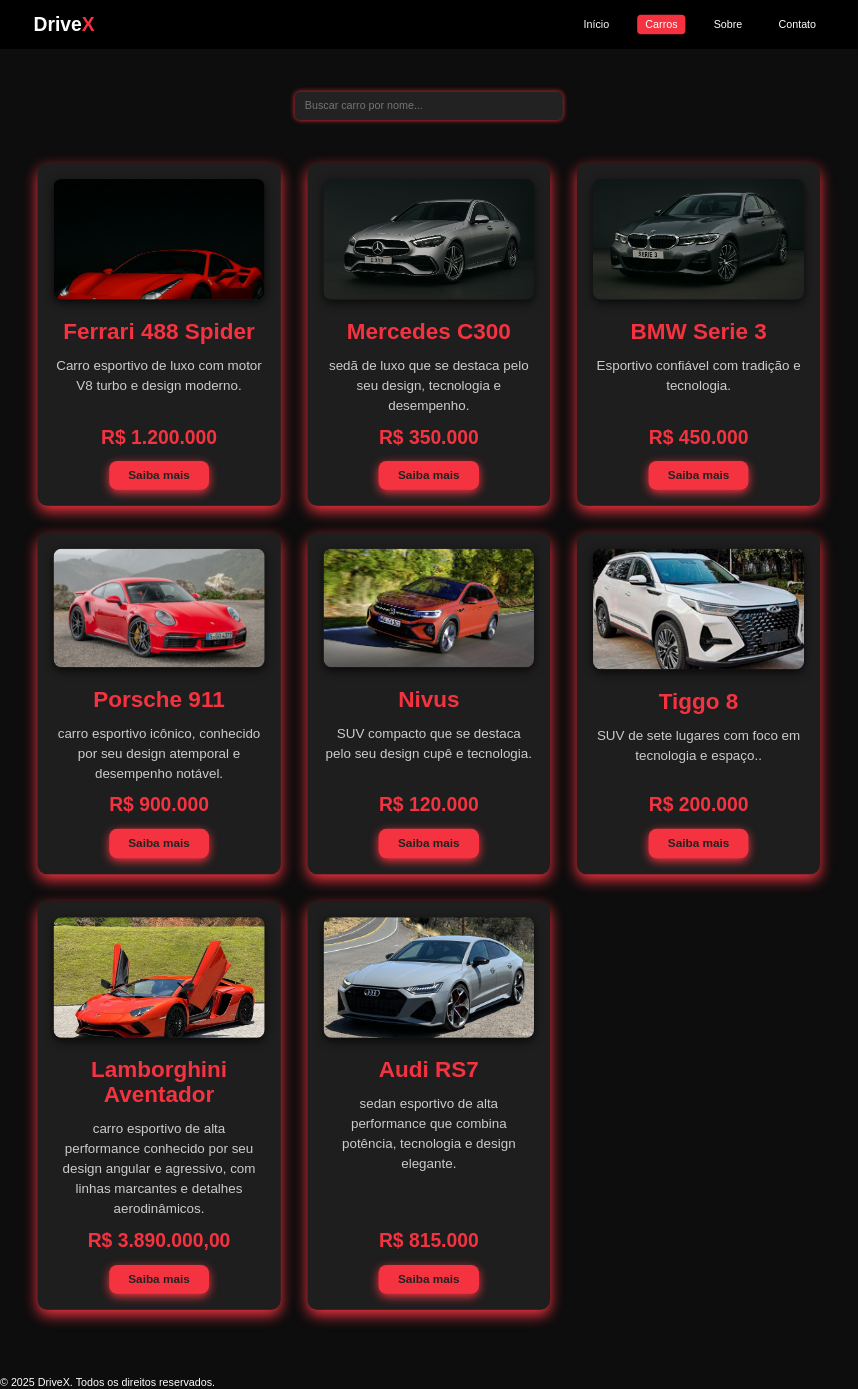
Repository: Mateushlp/DriveX
Page: carros.html
An editor plug-in stored every save of this project. The page is shown before and after the next save, followed by the edit.
The browser window is 1280 px wide. The pictures show the whole page, at 67% of full size.

Above is the page before, as saved 2025-06-24 22:04:53.
Not found: carros.js

### carros.html
<!DOCTYPE html>
<html lang="pt-br">
<head>
  <meta charset="UTF-8" />
  <meta name="viewport" content="width=device-width, initial-scale=1.0" />
  <title>DriveX - Carros Disponíveis</title>
  <link rel="stylesheet" href="carros.css" />
</head>
<body>
  <header>
    <div class="logo">
     <a href="./index.html">Drive<span>X</span></div></a>
    <nav>
      <ul>
        <li><a href="index.html">Início</a></li>
        <li><a href="carros.html" class="active">Carros</a></li>
        <li><a href="sobre.html">Sobre</a></li>
        <li><a href="contato.html">Contato</a></li>
      </ul>
    </nav>
  </header>

  <main>
    <section class="filtro" style="text-align:center; margin: 2rem 0;">
      <input type="text" id="filtro-carros" placeholder="Buscar carro por nome..." />
    </section>

    <section class="grid-carro">
      <div class="card-carro">
        <img src="./img/ferrari.png" alt="Ferrari 488 Spider" />
        <h3>Ferrari 488 Spider</h3>
        <p>Carro esportivo de luxo com motor V8 turbo e design moderno.</p>
        <strong>R$ 1.200.000</strong>
        <button class="btn-detalhes" data-modelo="Ferrari 488 Spider">Saiba mais</button>
      </div>
      <div class="card-carro">
        <img src="./img/ChatGPT Image 19 de jun. de 2025, 23_14_08.png" alt="Mercedes C300" />
        <h3>Mercedes C300</h3>
        <p>sedã de luxo que se destaca pelo seu design, tecnologia e desempenho.</p>
        <strong>R$ 350.000</strong>
        <button class="btn-detalhes" data-modelo="Mercedes C300">Saiba mais</button>
      </div>
      <div class="card-carro">
        <img src="./img/serie 3.png" alt="BMW Serie 3" />
        <h3>BMW Serie 3</h3>
        <p>Esportivo confiável com tradição e tecnologia.</p>
        <strong>R$ 450.000</strong>
        <button class="btn-detalhes" data-modelo="BMW Serie 3">Saiba mais</button>
      </div>
           <div class="card-carro">
        <img src="./img/Porsche-911.jpg" alt="BMW Serie 3" />
        <h3>Porsche 911</h3>
        <p> carro esportivo icônico, conhecido por seu design atemporal e desempenho notável.</p>
        <strong>R$ 900.000</strong>
        <button class="btn-detalhes" data-modelo="BMW Serie 3">Saiba mais</button>
      </div>
              <div class="card-carro">
        <img src="./img/nivus.jpg" alt="BMW Serie 3" />
        <h3>Nivus</h3>
        <p> SUV compacto que se destaca pelo seu design cupê e tecnologia.</p>
        <strong>R$ 120.000</strong>
        <button class="btn-detalhes" data-modelo="BMW Serie 3">Saiba mais</button>
      </div>
             <div class="card-carro">
        <img src="./img/tiggo8pro.jpg" alt="BMW Serie 3" />
        <h3>Tiggo 8</h3>
        <p> SUV de sete lugares com foco em tecnologia e espaço..</p>
        <strong>R$ 200.000</strong>
        <button class="btn-detalhes" data-modelo="BMW Serie 3">Saiba mais</button>
      </div>
                <div class="card-carro">
        <img src="./img/lamborghini.png" alt="BMW Serie 3" />
        <h3>Lamborghini Aventador</h3>
        <p>carro esportivo de alta performance conhecido por seu design angular e agressivo, com linhas marcantes e detalhes aerodinâmicos.</p>
        <strong>R$ 3.890.000,00</strong>
        <button class="btn-detalhes" data-modelo="BMW Serie 3">Saiba mais</button>
      </div>
                  <div class="card-carro">
        <img src="./img/audirs7.png" alt="BMW Serie 3" />
        <h3>Audi RS7</h3>
        <p> sedan esportivo de alta performance que combina potência, tecnologia e design elegante.</p>
        <strong>R$ 815.000</strong>
        <button class="btn-detalhes" data-modelo="BMW Serie 3">Saiba mais</button>
      </div>
      <!-- Adicione mais carros aqui -->
    </section>

    <!-- Modal para detalhes -->
    <div id="modal-detalhes" class="modal">
      <div class="modal-content">
        <span id="fechar-modal" class="fechar"></span>
        <h2 id="titulo-modal"></h2>
        <img id="img-modal" src="" alt="" style="max-width:100%; border-radius: 10px; margin-bottom: 1rem;" />
        <p id="descricao-modal"></p>
        <strong id="preco-modal"></strong>
      </div>
    </div>
  </main>

  <footer>
    <p>&copy; 2025 DriveX. Todos os direitos reservados.</p>
  </footer>

  <script src="carros.js"></script>
</body>
</html>

### carros.css
* {
  margin: 0;
  padding: 0;
  box-sizing: border-box;
}

body {
  font-family: 'Arial', sans-serif;
  background-color: #0d0d0d;
  color: #fff;
  min-height: 100vh;
  flex-direction: column;
}

header {
  display: flex;
  justify-content: space-between;
  align-items: center;
  padding: 20px 50px;
  background-color: #000;
}

a{
  text-decoration: none;
  color: #fff;
}

.logo {
  font-size: 1.8rem;
  font-weight: bold;
}

.logo span {
  color: #f53340;
}

nav ul {
  list-style: none;
  display: flex;
  gap: 30px;
}

nav a {
  color: #fff;
  text-decoration: none;
  font-size: 1rem;
}


.logo {
  font-size: 1.8rem;
  font-weight: bold;
  color: #fff;
}

.logo span {
  color: #f53340;
}

nav ul {
  list-style: none;
  display: flex;
  gap: 30px;
}

nav a {
  color: #fff;
  text-decoration: none;
  font-size: 1rem;
  padding: 6px 12px;
  border-radius: 6px;
  transition: background-color 0.3s ease;
}

nav a:hover,
nav a.active {
  background-color: #f53340;
  color: #fff;
}

main {
  display: grid;
  grid-template-columns: 2fr;
    padding: 2rem;
    gap: 2rem;
  padding: 2rem 1rem 3rem;
  max-width: 1200px;
  margin: 0 auto;
}


.filtro {
  text-align: center;
  margin-bottom: 3rem;
}

.filtro input[type="text"] {
  width: 90%;
  max-width: 400px;
  padding: 12px 15px;
  font-size: 1rem;
  border-radius: 8px;
  border: none;
  outline: none;
  box-shadow: 0 0 8px #f53340;
  background-color: #222;
  color: #fff;
  transition: box-shadow 0.3s ease;
}

.filtro input[type="text"]:focus {
  box-shadow: 0 0 15px #f53340;
}

.grid-carro {
  display: grid;
  grid-template-columns: repeat(auto-fill, minmax(320px, 1fr));
  gap: 2.5rem;
}

.card-carro {
  background: #1e1e1e;
  padding: 1.5rem;
  border-radius: 15px;
  box-shadow: 0 8px 20px #f53340;
  transition: transform 0.3s ease, box-shadow 0.3s ease;
  display: flex;
  flex-direction: column;
  align-items: center;
  height: 100%;
}

.card-carro:hover {
  transform: translateY(-8px);
  box-shadow: 0 12px 35px #f53340;
}

.card-carro img {
  width: 100%;
  max-height: 180px;
  object-fit: cover;
  border-radius: 12px;
  margin-bottom: 1.2rem;
  box-shadow: 0 5px 15px rgba(0,0,0,0.7);
}

.card-carro h3 {
  font-size: 2.1rem;
  color: #f53340;
  margin-top: 0.6rem;
  text-align: center;
}

.card-carro p {
  font-size: 1.25rem;
  line-height: 1.5;
  color: #ccc;
  margin-top: 1rem;
  flex-grow: 1;
  text-align: center;
}

.card-carro strong {
  font-size: 1.8rem;
  color: #f53340;
  margin: 1rem 0 1.2rem 0;
  font-weight: 900;
}


.btn-detalhes {
  background-color: #f53340;
  color: #222;
  border: none;
  padding: 0.7rem 1.8rem;
  border-radius: 12px;
  cursor: pointer;
  font-weight: 700;
  font-size: 1.1rem;
  transition: background-color 0.3s ease;
  box-shadow: 0 4px 15px #f53340;

.btn-detalhes:hover {
  background-color: #f53340;
  box-shadow: 0 6px 22px #f53340;
}


.modal {
  display: none;
  position: fixed;
  z-index: 9999;
  left: 0;
  top: 0;
  width: 100%;
  height: 100%;
  background-color: rgba(18, 18, 18, 0.85);
  justify-content: center;
  align-items: center;
  overflow-y: auto;
  padding: 2rem 1rem;
}

.modal.show {
  display: flex;
}

.modal-content {
  background: #2a2a2a;
  padding: 2.5rem;
  border-radius: 20px;
  max-width: 600px;
  text-align: center;
  box-shadow: 0 10px 40px #f53340;
  color: #fff;
  position: relative;
}

.fechar {
  position: absolute;
  top: 20px;
  right: 25px;
  font-size: 2.6rem;
  cursor: pointer;
  color: #f53340;
  transition: color 0.3s ease;
}

.fechar:hover {
  color: #f53340;
}

/* Footer */
footer {
  background-color: #000;
  text-align: center;
  padding: 15px 0;
  color: #777;
  font-size: 0.9rem;
  margin-top: auto;
}
}

After the next save:
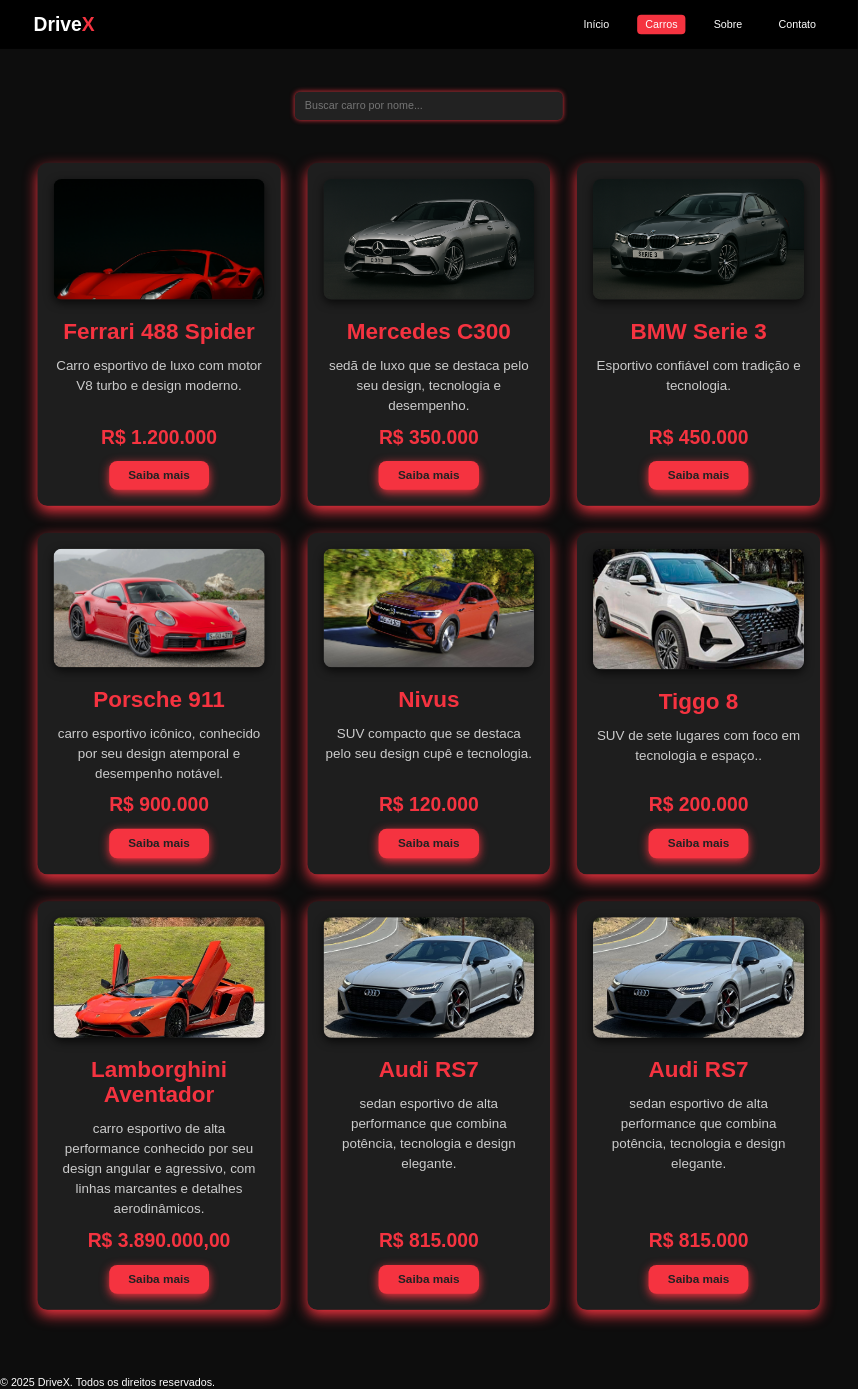
Saved 85 s later.
--- a/carros.html
+++ b/carros.html
@@ -82,6 +82,13 @@
         <strong>R$ 815.000</strong>
         <button class="btn-detalhes" data-modelo="BMW Serie 3">Saiba mais</button>
       </div>
+                   <div class="card-carro">
+        <img src="./img/audirs7.png" alt="BMW Serie 3" />
+        <h3>Audi RS7</h3>
+        <p> sedan esportivo de alta performance que combina potência, tecnologia e design elegante.</p>
+        <strong>R$ 815.000</strong>
+        <button class="btn-detalhes" data-modelo="BMW Serie 3">Saiba mais</button>
+      </div>
       <!-- Adicione mais carros aqui -->
     </section>
 
